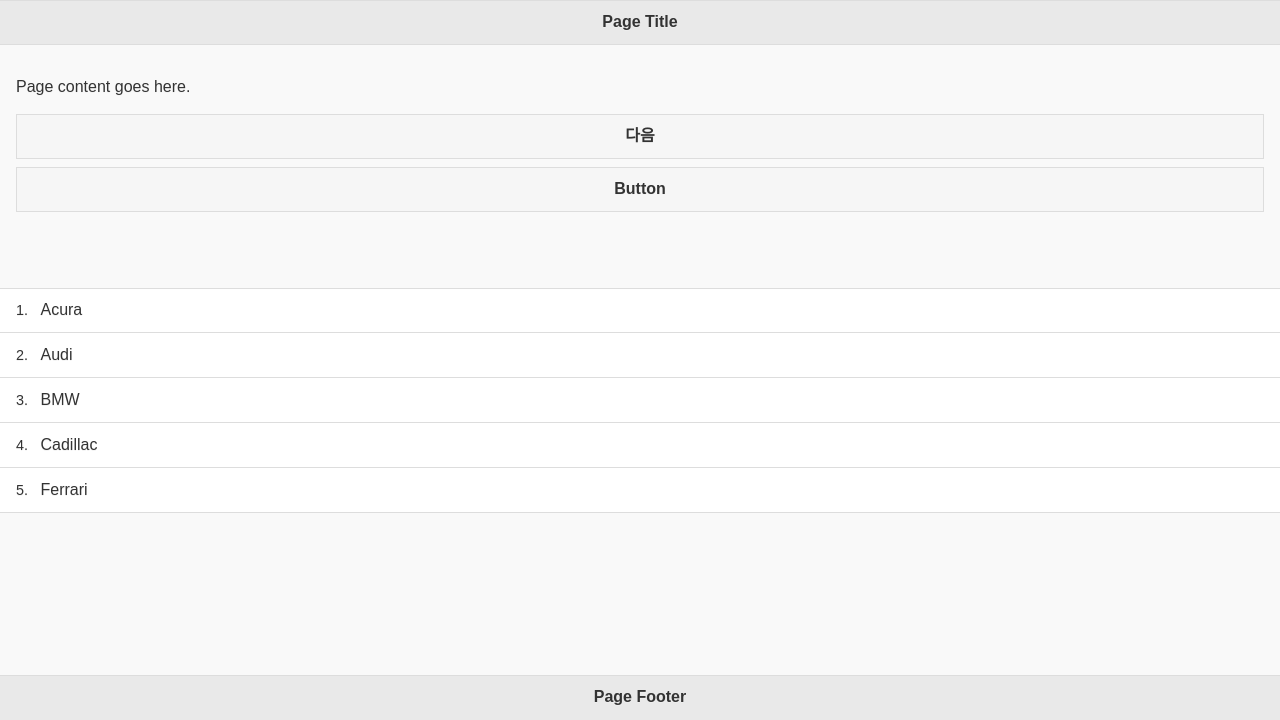
Repository: choigobin/Programming
Page: YangJung/workspace/p1028/WebContent/jquery/1.html
An editor plug-in stored every save of this project. The page is shown before and after the next save, followed by the edit.
The browser window is 1280 px wide. The pictures show the whole page.

Above is the page before, as saved 2019-10-28 07:04:38.

After the next save:
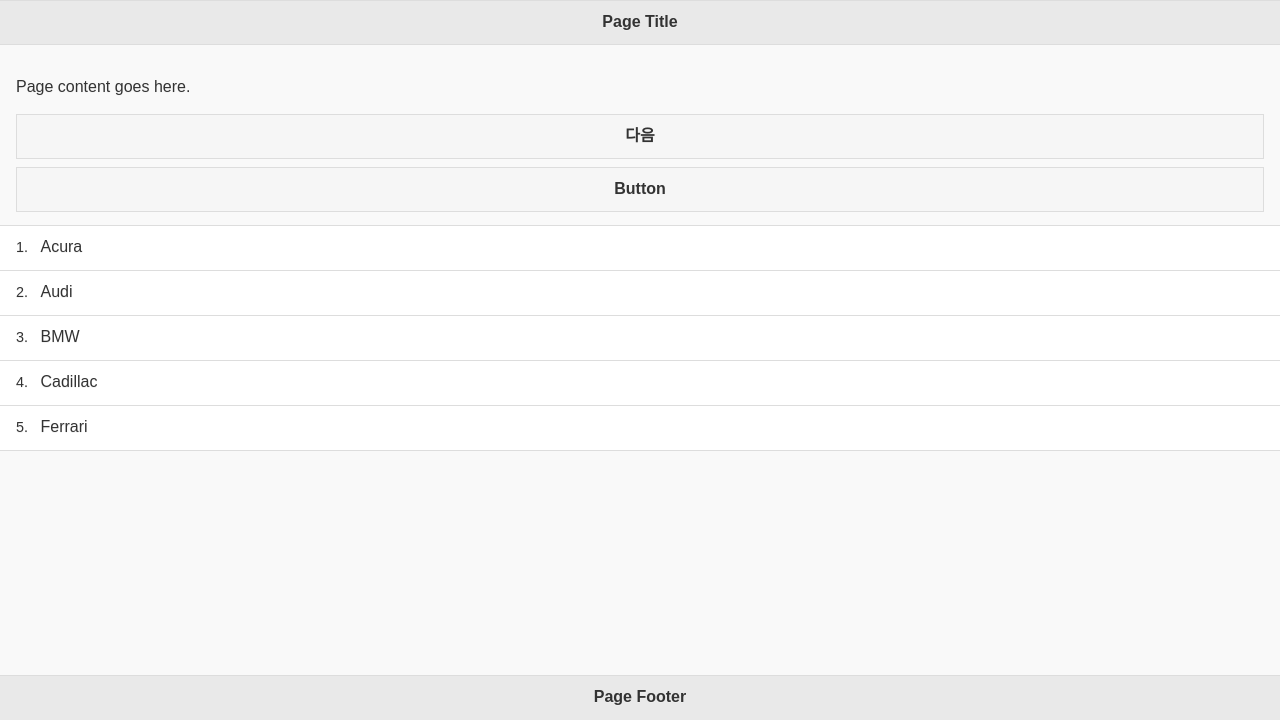
Saved 4 s later.
--- a/YangJung/workspace/p1028/WebContent/jquery/1.html
+++ b/YangJung/workspace/p1028/WebContent/jquery/1.html
@@ -19,7 +19,7 @@
 	<div role="main" class="ui-content">
 		<p>Page content goes here.</p>
 		<a href="https://www.daum.net" class="ui-btn">다음</a>
-		<button class="ui-btn">Button</button> <br /><br /><br /><br />
+		<button class="ui-btn">Button</button> <br />
 		<ol data-role="listview">
 			<li>Acura</li>
 			<li>Audi</li>
